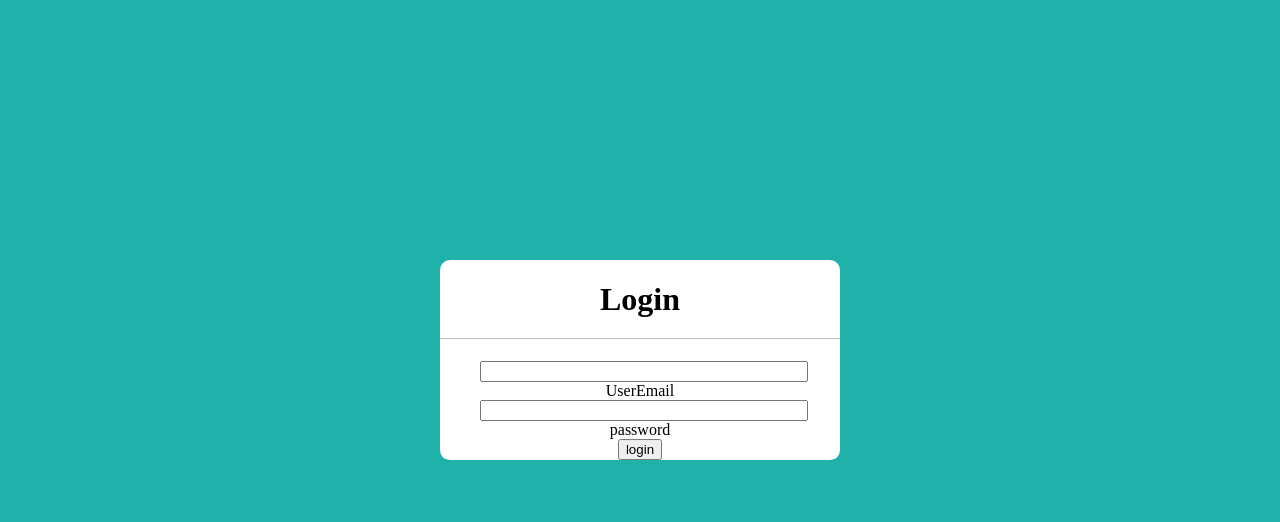
Repository: Aref19/eshop_frontEnd
Page: /
An editor plug-in stored every save of this project. The page is shown before and after a run of saves, followed by the edit.
The browser window is 1280 px wide. The pictures show the whole page.
The project was rebuilt for these pictures with package versions that can differ from the ones it lists, and the page was loaded fresh each time.

Above is the page before, as saved 2023-02-23 23:58:36.

After the next 4 saves:
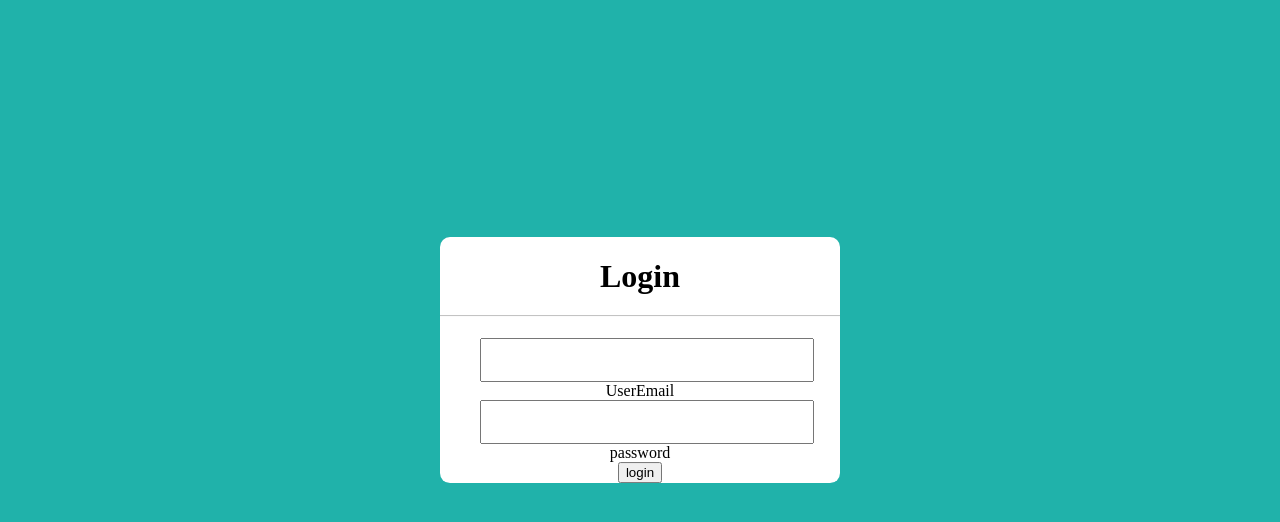
The 4 saves are shown as one change because they came seconds apart.
The last was saved 14 s later.
--- a/src/css/Login.css
+++ b/src/css/Login.css
@@ -40,5 +40,7 @@ form txt_field{
 
 .txt_field input{
     width: 100%;
-    pa
+    padding: 0 5px;
+    height: 40px;
+
 }
